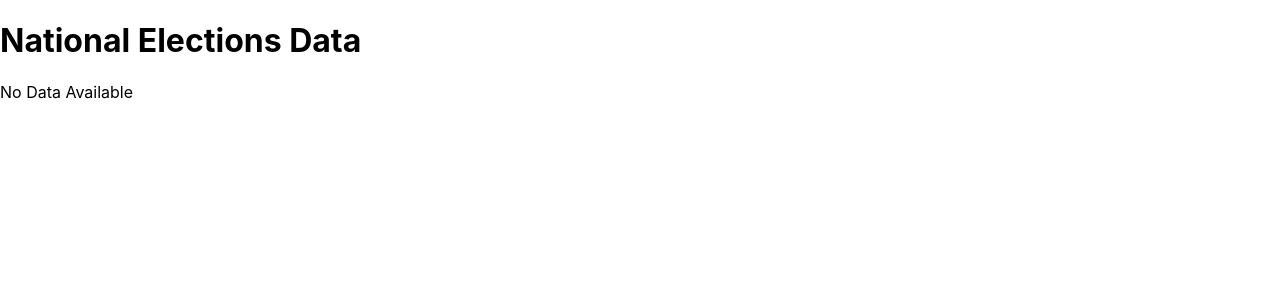
Repository: purushotham012355/votingfrontend
Page: /
The author's editor kept a copy of each file at every save. The page is drawn from the files as they stood at one save, then again after the next save.
The browser window is 1280 px wide. The pictures show the whole page.
The page's requests for data from a server got no answer. The project was rebuilt for these pictures with package versions that can differ from the ones it lists, and the page was loaded fresh each time. No one was signed in, and anything a server would have sent is missing.

Above is the page before, as saved 2025-03-15 15:00:06.

### src/App.js
import React, { useEffect, useState } from "react";

function App() {
  const [data, setData] = useState([]);

  useEffect(() => {
    fetch("http://localhost:5000/api/national-elections")
      .then((response) => response.json())
      .then((data) => {
        console.log("Fetched Data:", data); // 🔍 Debugging
        setData(data);
      })
      .catch((error) => console.error("Error fetching data:", error));
  }, []);

  return (
    <div>
      <h1>National Elections Data</h1>
      {data.length === 0 ? (
        <p>No Data Available</p>
      ) : (
        <table>
          <thead>
            <tr>
              <th>ID</th>
              <th>Candidate</th>
              <th>Party</th>
              <th>Votes</th>
            </tr>
          </thead>
          <tbody>
            {data.map((item, index) => (
              <tr key={index}>
                <td>{item.id}</td>
                <td>{item.candidate}</td>
                <td>{item.party}</td>
                <td>{item.votes}</td>
              </tr>
            ))}
          </tbody>
        </table>
      )}
    </div>
  );
}

export default App;

Loaded but not shown: public/index.html (common file); src/index.js (common file); src/index.css (common file); src/reportWebVitals.js (common file)

After the next save:
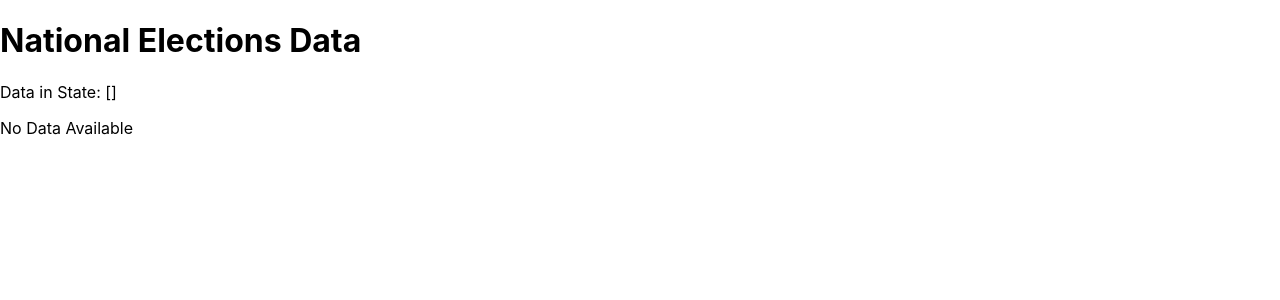
Saved 2 min 17 s later.
--- a/src/App.js
+++ b/src/App.js
@@ -16,10 +16,12 @@ function App() {
   return (
     <div>
       <h1>National Elections Data</h1>
+      <p>Data in State: {JSON.stringify(data)}</p> {/* Debugging */}
+
       {data.length === 0 ? (
         <p>No Data Available</p>
       ) : (
-        <table>
+        <table border="1">
           <thead>
             <tr>
               <th>ID</th>
